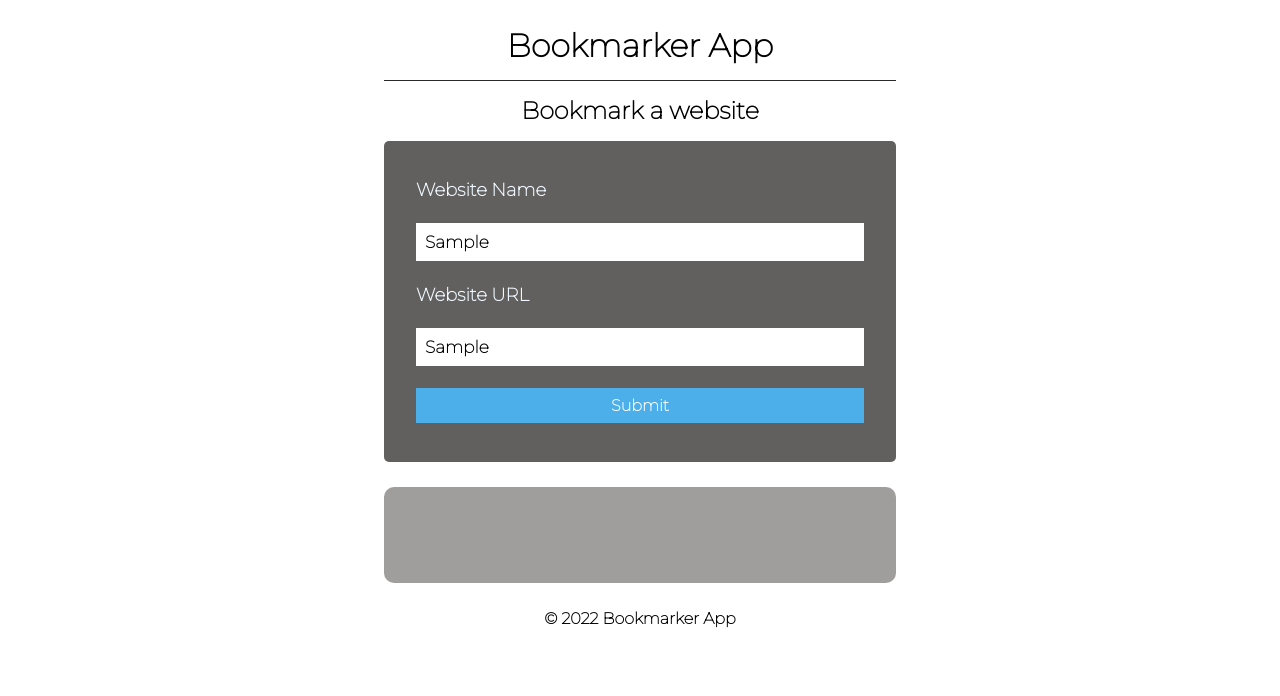
Repository: Suporl9/BookMarkerApp
Page: index.html
An editor plug-in stored every save of this project. The page is shown before and after the next save, followed by the edit.
The browser window is 1280 px wide. The pictures show the whole page.
Empty fields were first filled with sample values (such as "Sample", 5 or name@example.com).
After loading, the first visible `form.formSec` was submitted once.

Above is the page before, as saved 2021-11-23 22:30:48.
Console error: TypeError: Cannot read properties of null (reading 'length')

### index.html
<!DOCTYPE html>
<html lang="en">
  <head>
    <meta charset="UTF-8" />
    <meta http-equiv="X-UA-Compatible" content="IE=edge" />
    <meta name="viewport" content="width=device-width, initial-scale=1.0" />
    <link rel="stylesheet" href="./style.css" />
    <title>Document</title>
  </head>
  <body onload="fetchBookMarkData()">
    <div class="container">
      <div class="innerContainer">
        <div class="ininContainer">
          <div class="bookmarkerSection"><h1>Bookmarker App</h1></div>
          <!-- <h1>Bookmarker App</h1> -->
          <div class="vh"></div>
          <div class="formInput">
            <form class="formSec">
              <h2 class="h2class">Bookmark a website</h2>
              <div class="sitesec">
                <label class="labc" name="siteName">Website Name</label>
                <input
                  type="text"
                  name="sitename"
                  id="sitenameid"
                  placeholder="Enter WebSiteName"
                  class="inpClass"
                />
                <label class="labc" name="siteName">Website URL</label>
                <input
                  type="text"
                  name="sitename"
                  id="urlid"
                  class="inpClass"
                  placeholder="Enter WebSiteName"
                />
                <button class="submBtn">Submit</button>
              </div>
            </form>
          </div>
          <div class="toBeAdded">
            <div id="nonesensediv"></div>
          </div>
          <footer class="footer">
            <p>&copy; 2022 Bookmarker App</p>
          </footer>
        </div>
      </div>
    </div>
    <script src="main.js"></script>
  </body>
</html>

### style.css
@import url("https://fonts.googleapis.com/css2?family=Montserrat:wght@100&display=swap");

:root {
  --main-bg-color: rgb(255, 255, 255);
  --main-grey: rgb(97, 96, 95);
}
* {
  font-family: "Montserrat", sans-serif;
  box-sizing: border-box; /* includes padding in height and width(the box outside doesnot get bigger when adding padding and stuff)*/
  margin: 0;
  padding: 0;
  font-weight: bold;
  border: none;
}
body {
  width: 80%;
  margin: auto;
}
.container {
  font-family: "Montserrat", sans-serif;

  display: flex;
  justify-content: center;
}
.innerContainer {
  /* display: flex;
  flex-direction: column; */
  width: 50%;
  margin: auto;
  /* justify-content: center;
  align-self: center; */
}
.ininContainer {
  display: flex;
  flex-direction: column;
  margin-top: 5%;
  /* align-content: center; */
  /* justify-content: center; */
}
.bookmarkerSection {
  display: flex;
  justify-content: center;
}
.vh {
  border-bottom: 1px solid rgb(43, 42, 42);
  margin-top: 3%;
}
/* .formInput {
  display: flex;
  flex-direction: column;
  justify-content: center;
} */
.h2class {
  align-self: center;
  margin-bottom: 3%;
}
.formSec {
  display: flex;
  flex-direction: column;
  margin-top: 3%;
  /* justify-content: end; */
  /* width: 0%; */
  /* align-content: center; */
}
.sitesec {
  display: flex;
  flex-direction: column;
  background-color: var(--main-grey);
  padding: 1rem 2rem;
  /* padding-bottom: 2rem; */
  border-radius: 5px;
  color: aliceblue;
}
.submBtn {
  margin-top: 5%;
  margin-bottom: 5%;
  padding: 0.5rem;
  color: rgb(255, 255, 255);
  /* font-size: 14px; */
  font-size: 16px;
  font-weight: 900;
  background-color: rgb(76, 175, 233);
}
.inpClass {
  margin-top: 5%;
  padding: 2%;
  outline: none;
  font-size: 17px;
}
.labc {
  margin-top: 5%;
  font-size: 18px;
}
.footer {
  margin-top: 5%;
  align-self: center;
}
/* .formSec,
.sitesec {
  display: flex;
  flex-direction: column;
} */
/* .sitesec {
  display: flex;
  flex-direction: column;
}
 */
.toBeAdded {
  background-color: rgb(160, 157, 157);
  border-radius: 10px;
  padding: 3rem;
  margin-top: 5%;
}
.nonesensediv {
  background-color: rgb(36, 36, 36);
  margin: 2% 0;
  border-radius: 5px;
  padding: 1rem;
  color: aliceblue;
  display: flex;
  flex-direction: column;
  /* justify-content: center; */
  align-items: center;
}
.pip {
  margin-bottom: 5%;
}

### main.js
//// @ts-check

let button = document.querySelector(".formSec");
button.addEventListener("submit", eventFunctionSubmit);
let sitename = document.getElementById("sitenameid");
let url = document.getElementById("urlid");

let hello = localStorage.getItem("data");
let retrivedData = JSON.parse(hello);
console.log("retrieved", retrivedData);

let arrayForData = [];
if (hello != null) {
  retrivedData.forEach((element) => {
    arrayForData.push(element);
  });
} else {
  arrayForData = [];
}

console.log("arrayfordata", arrayForData);

function eventFunctionSubmit(e) {
  e.preventDefault();

  console.log("it works?");
  let site = { sitenamekey: sitename.value, urlkey: url.value };
  arrayForData.push(site);

  localStorage.setItem("data", JSON.stringify(arrayForData));
}

console.log("hello", JSON.parse(hello));

// let toBeRenderedArrayList = [];
// let listt = document.getElementById("ullist");

// arrayForData.forEach((arr) => {
//   toBeRenderedArrayList.push(
//     "<div class=nonesensediv>" +
//       "<p class=pip>" +
//       arr.sitenamekey +
//       "</p>" +
//       "<h4>" +
//       arr.urlkey +
//       "</h4>" +
//       "</div>"
//   );
// });
// listt.innerHTML = toBeRenderedArrayList.join(" ");

function deleteBookMark(url) {
  let fetchedBookmarks = JSON.parse(localStorage.getItem("data"));
  for (let i = 0; i < fetchedBookmarks.length; i++) {
    if (fetchedBookmarks[i].urlkey == url) {
      fetchedBookmarks.splice(i, 1);
    }
  }
  localStorage.setItem("data", JSON.stringify(fetchedBookmarks));
  //recall the fetchbookmarkdata so that the new modified data is seen
  fetchBookMarkData();
}

function fetchBookMarkData() {
  let fetchedBookmarks = JSON.parse(localStorage.getItem("data"));
  let nonesensediv = document.getElementById("nonesensediv");

  nonesensediv.innerHTML = "";

  for (let i = 0; i < fetchedBookmarks.length; i++) {
    let name = fetchedBookmarks[i].sitenamekey;
    let url = fetchedBookmarks[i].urlkey;

    nonesensediv.innerHTML +=
      '<div class="innersection">' +
      "<h2>" +
      name +
      '<a target="_blank" href="' +
      url +
      '">' +
      "visit" +
      "</a>" +
      "  " +
      "<a onclick=\"deleteBookMark('" +
      url +
      '\')" href="#">' +
      "Delete" +
      "</a>" +
      "</h2>" +
      "</div>";
  }
}

After the next save:
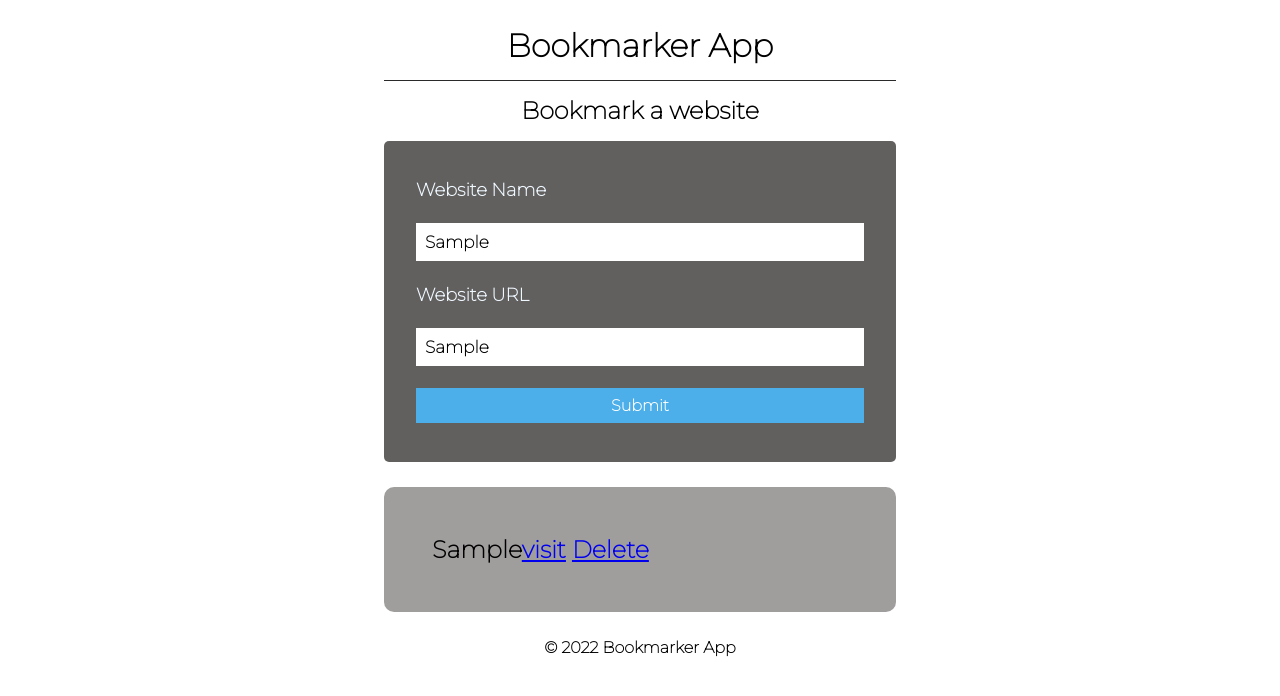
Saved 13 s later.
--- a/main.js
+++ b/main.js
@@ -28,6 +28,8 @@ function eventFunctionSubmit(e) {
   arrayForData.push(site);
 
   localStorage.setItem("data", JSON.stringify(arrayForData));
+  //recall the fetchbookmarkdata so that the new modified data is seen
+  fetchBookMarkData();
 }
 
 console.log("hello", JSON.parse(hello));
